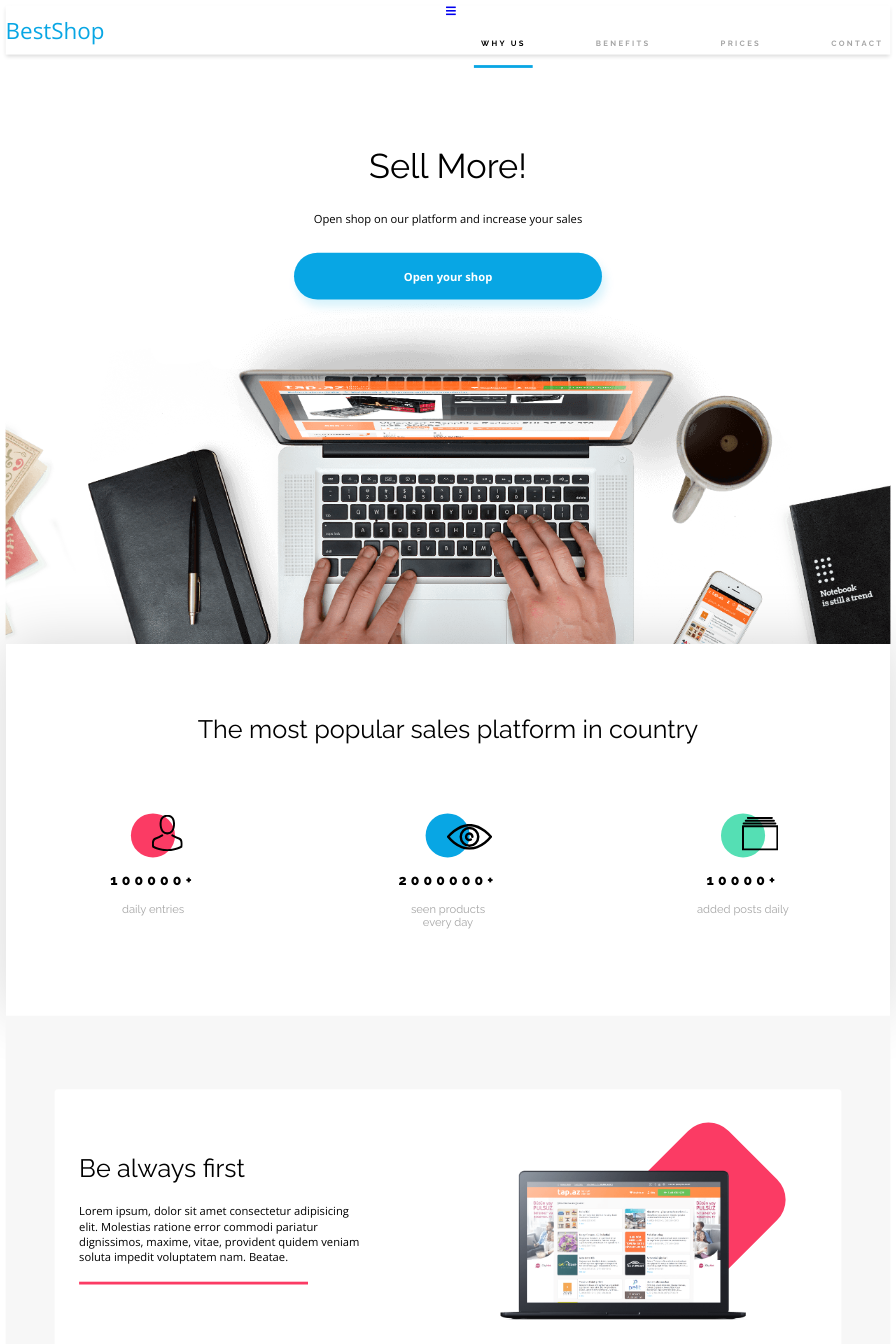
Repository: insolt/BestShop
Page: index.html
An editor plug-in stored every save of this project. The page is shown before and after the next save, followed by the edit.
The browser window is 1280 px wide. The pictures show the part of the page from y = 0 to 1920 px (the page is 4358 px tall), at 70% of full size.
The style sheet was rebuilt from its Sass, Less or Tailwind sources for each picture, by a compiler version that may differ from the author's.

Above is the page before, as saved 2020-09-15 17:17:14.

After the next save:
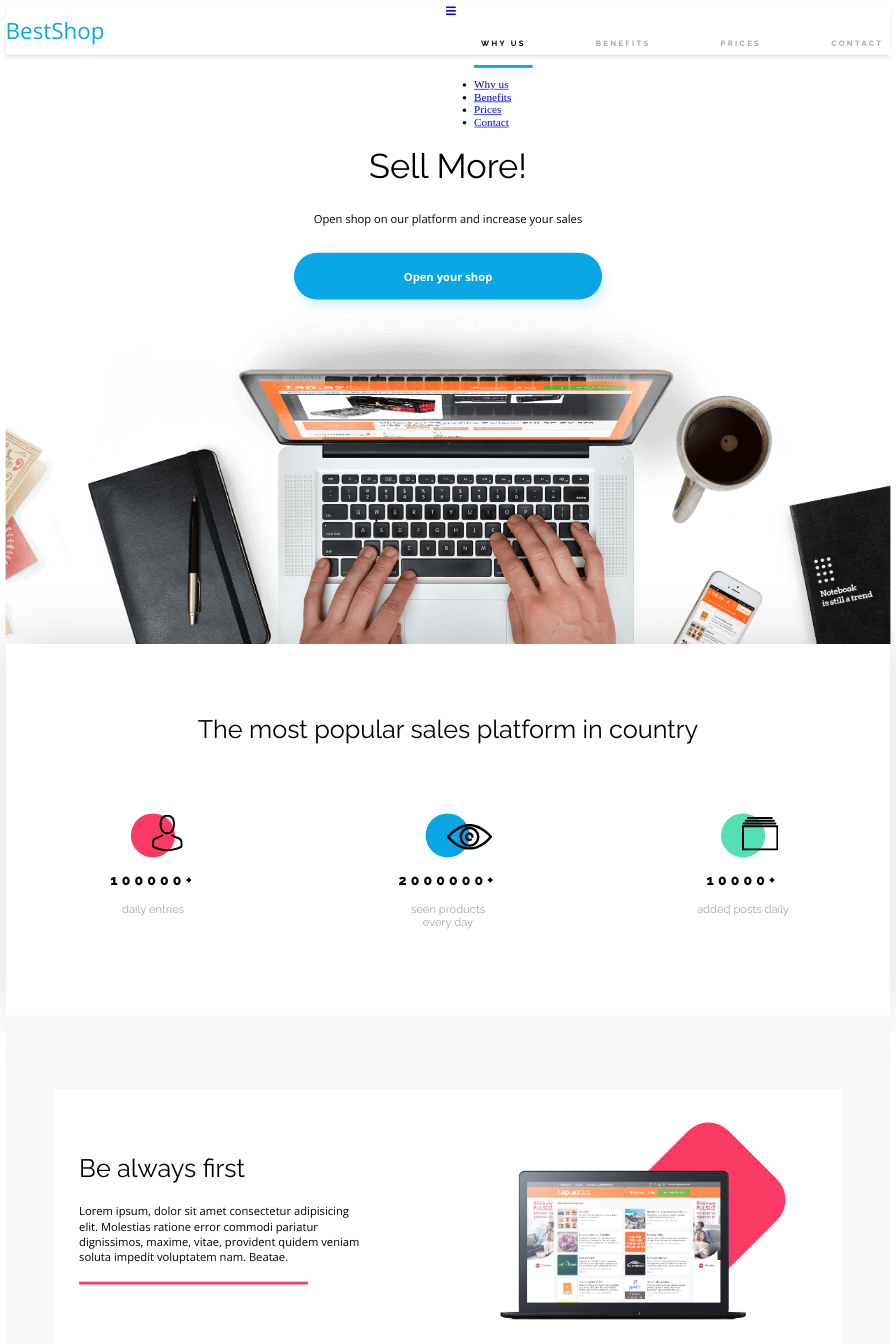
Saved 33 s later.
--- a/index.html
+++ b/index.html
@@ -44,7 +44,7 @@
                 </ul>
                 <div class="page-header__mobile-menu">
 
-                    <!-- <ul class="page-header__mobile--list">
+                    <ul class="page-header__mobile--list">
                         <li class="page-header__mobile--el">
                             <a href="#" class="page-header__mobile--link header__mobile--active">Why us</a>
                         </li>
@@ -57,7 +57,7 @@
                         <li class="page-header__mobile--el">
                             <a href="#" class="page-header__mobile--link">Contact</a>
                         </li>
-                    </ul> -->
+                    </ul>
                 </div>
 
             </nav>
